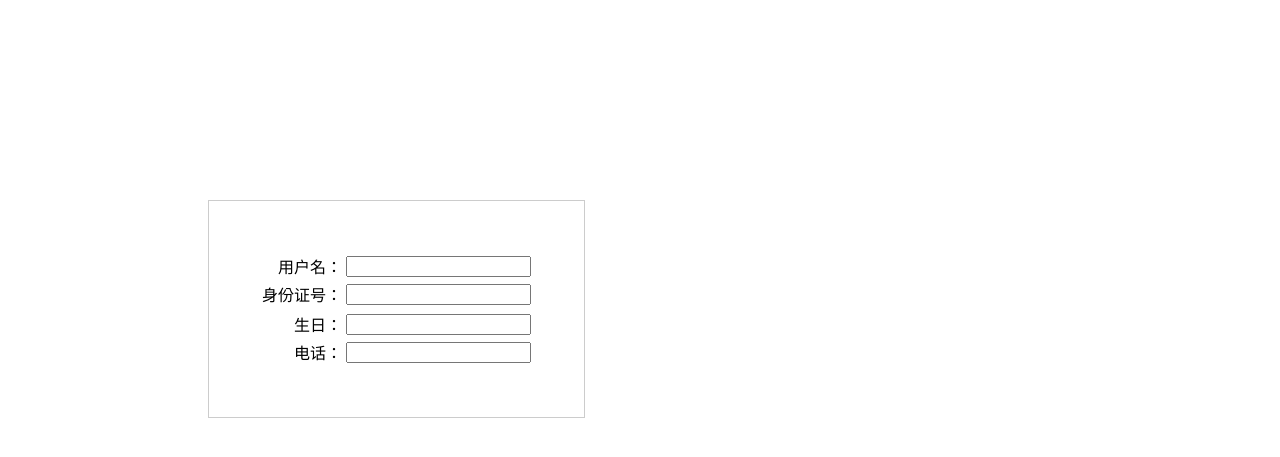
Repository: showmore/study
Page: http://localhost/MyWebProject/
These files come from the project's save history. The page is drawn as it stood at one moment and after the next save; the edit follows.
The browser window is 1280 px wide. The pictures show the whole page.
The page is served by Tomcat 9. Other server files are loaded and not shown.

Above is the page before, as saved 2018-12-23 10:03:05.

### MyWebProject/WebContent/index.jsp
<%@ page language="java" contentType="text/html; charset=UTF-8"
    pageEncoding="UTF-8"%>
<!DOCTYPE html>
<html>
<head>
<meta charset="UTF-8">
<title>Insert title here</title>
</head>
<body>

	<table style="margin:200px; padding:50px; border: 1px #ccc solid;">
		<tr>
		  <td style="text-align:right;">用户名：</td>
		  <td style="text-align:left;"><input type="text" name="username" /></td>
		</tr>
		<tr>
		  <td style="text-align:right;">身份证号：</td>
		  <td style="text-align:left;"><input type="text" name="identity" /></td>
		</tr>
		<tr>
		<tr>
		  <td style="text-align:right;">生日：</td>
		  <td style="text-align:left;"><input type="text" name="birthday" /></td>
		</tr>
		<tr>
		  <td style="text-align:right;">电话：</td>
		  <td style="text-align:left;"><input type="text" name="phone" /></td>
		</tr>

	</table>


</body>
</html>

After the next save:
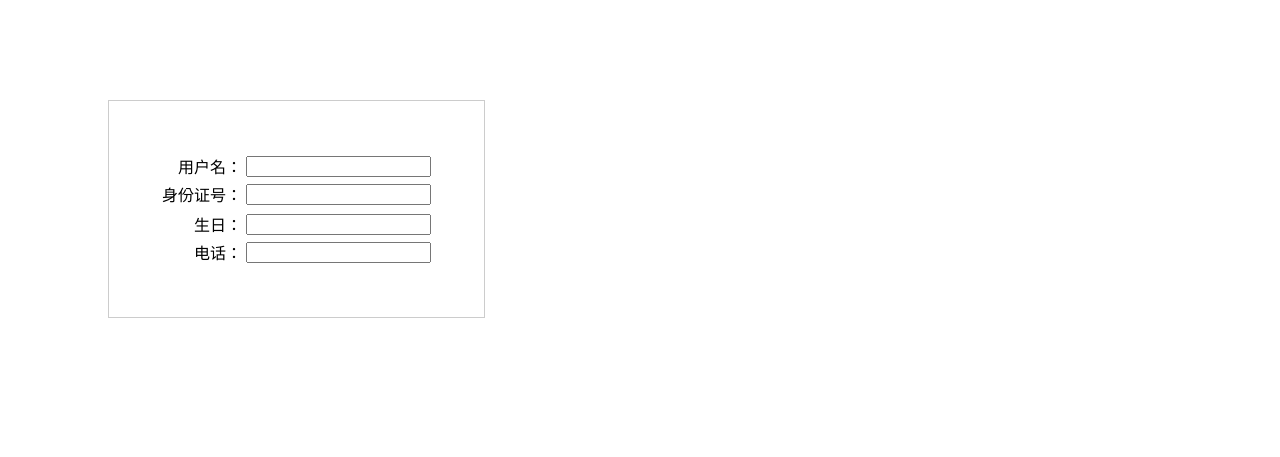
Saved 20 s later.
--- a/MyWebProject/WebContent/index.jsp
+++ b/MyWebProject/WebContent/index.jsp
@@ -8,7 +8,7 @@
 </head>
 <body>
 
-	<table style="margin:200px; padding:50px; border: 1px #ccc solid;">
+	<table style="margin:100px; padding:50px; border: 1px #ccc solid;">
 		<tr>
 		  <td style="text-align:right;">用户名：</td>
 		  <td style="text-align:left;"><input type="text" name="username" /></td>
